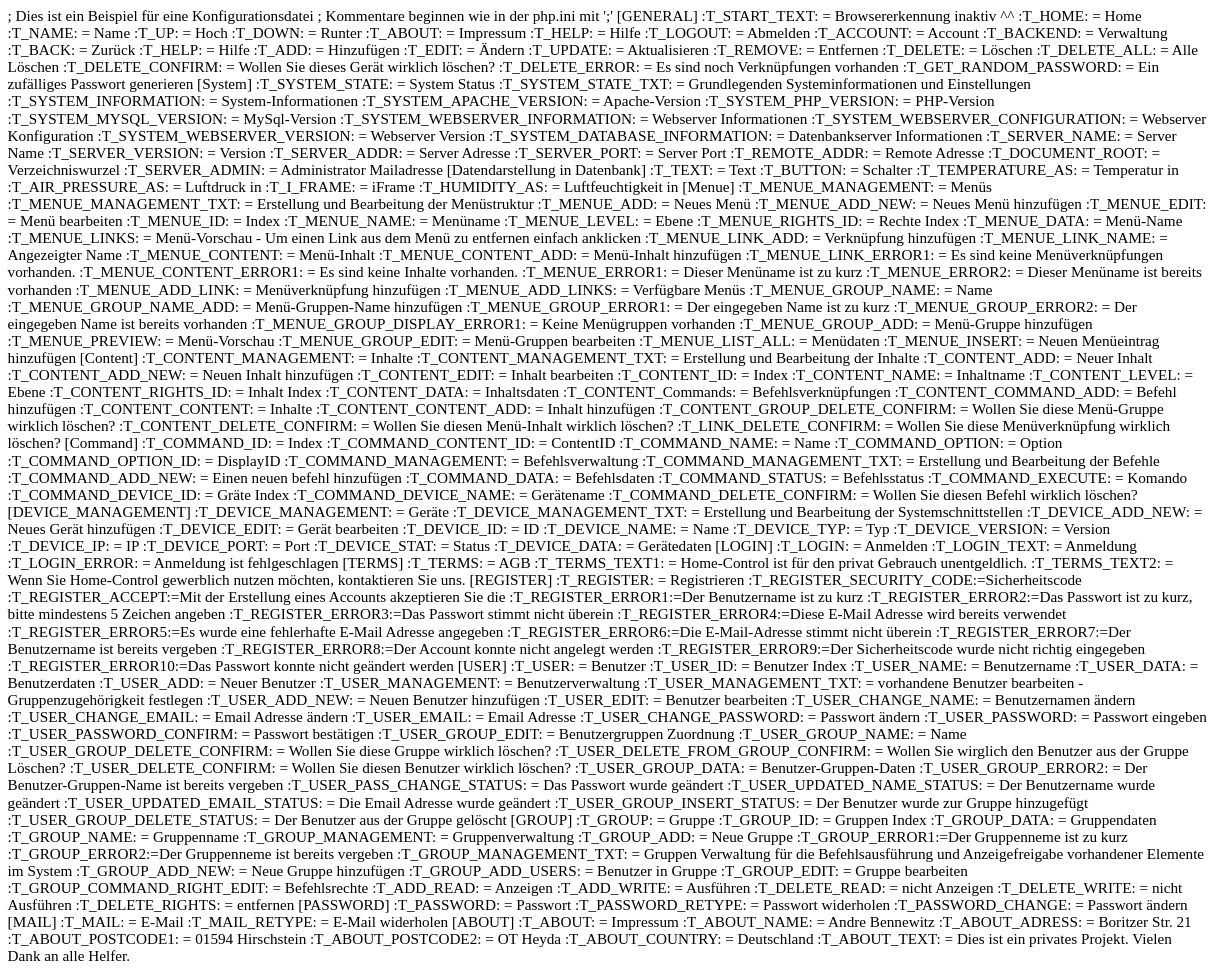
Repository: 0xF3ERROR/Home-Control
Page: http://localhost/language/lang_Ger.php
The author's editor kept a copy of each file at every save. The page is drawn from the files as they stood at one save, then again after the next save.
The browser window is 1280 px wide. The pictures show the whole page, at 95% of full size.
The page is run by PHP 8.4 with error messages shown; the project is at /var/www/html/.

Above is the page before, as saved 2012-09-17 19:26:14.

After the next save:
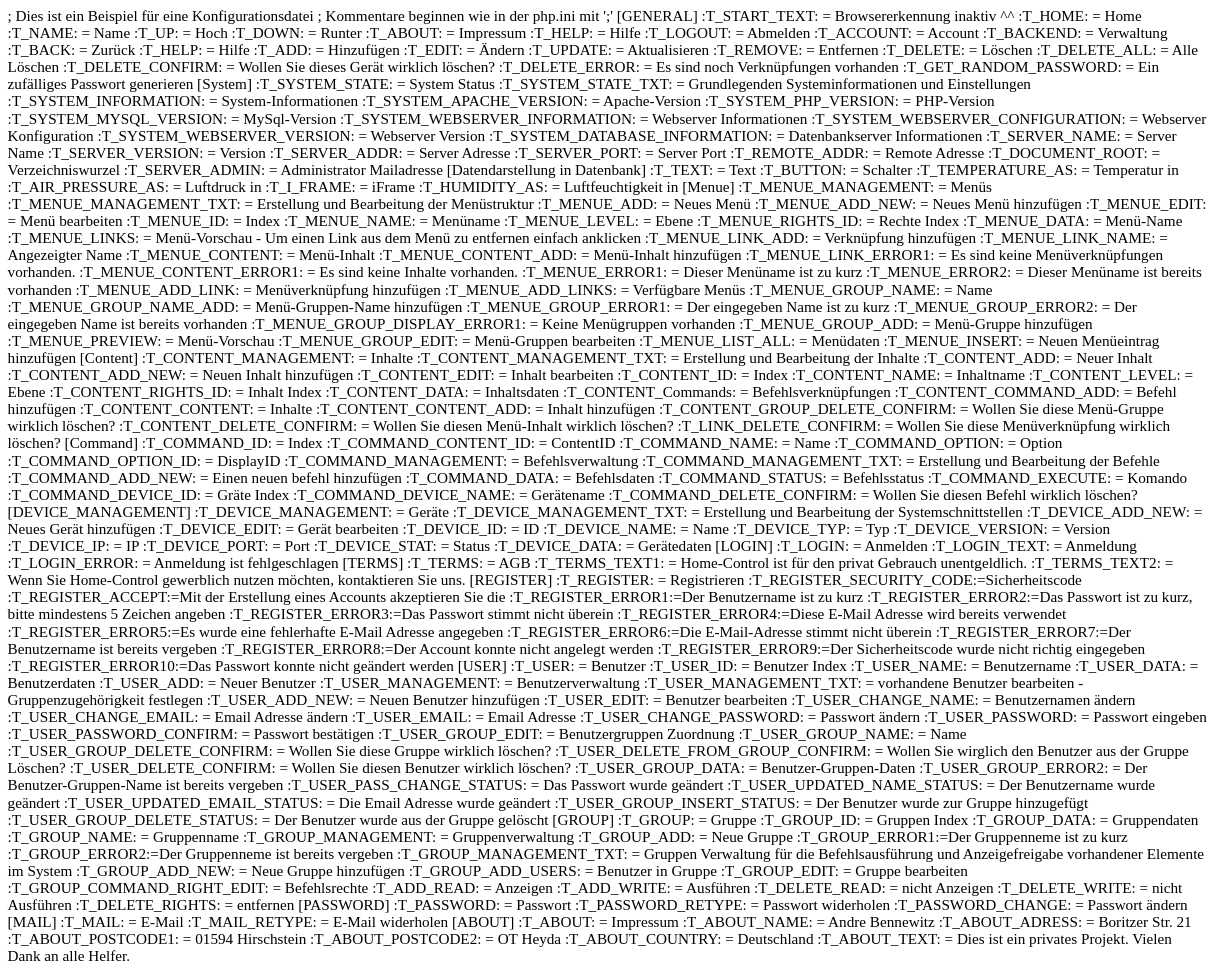
Saved 20 s later.
--- a/Source/language/lang_Ger.php
+++ b/Source/language/lang_Ger.php
@@ -202,7 +202,7 @@
 :T_USER_UPDATED_EMAIL_STATUS: = Die Email Adresse wurde geändert
 
 :T_USER_GROUP_INSERT_STATUS: = Der Benutzer wurde zur Gruppe hinzugefügt
-:T_USER_GROUP_DELETE_STATUS: = Der Benutzer aus der Gruppe gelöscht
+:T_USER_GROUP_DELETE_STATUS: = Der Benutzer wurde aus der Gruppe gelöscht
 
 
 
